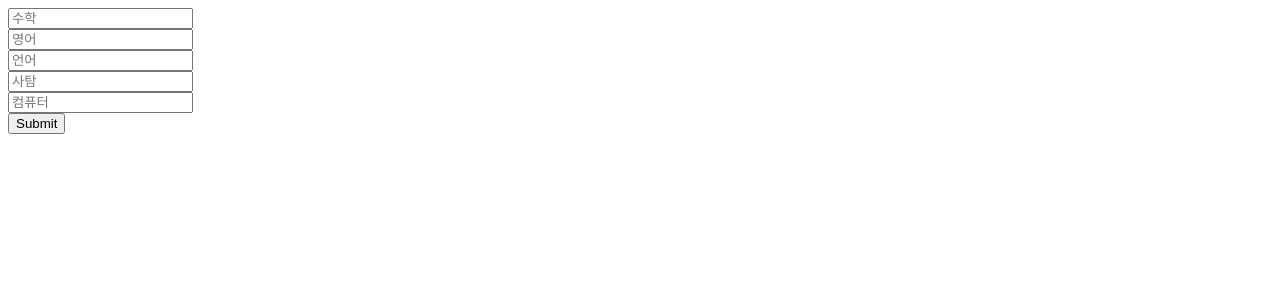
Repository: djdh94/spring_practice
Page: http://localhost/SpringBasic/score
An editor plug-in stored every save of this project. The page is shown before and after the next save, followed by the edit.
The browser window is 1280 px wide. The pictures show the whole page.
The page is served by Tomcat 9. Other server files are loaded and not shown.

Above is the page before, as saved 2022-03-30 06:24:54.

### SpringBasic/src/main/webapp/WEB-INF/views/scoreForm.jsp
<%@ page language="java" contentType="text/html; charset=UTF-8"
    pageEncoding="UTF-8"%>
<!DOCTYPE html>
<html>
<head>
<meta charset="UTF-8">
<title>Insert title here</title>
</head>
<body>
<form action="/score" method="post">
<input type="text" name="a" placeholder="수학"/><br/>
<input type="text" name="b" placeholder="영어"/><br/>
<input type="text" name="c" placeholder="언어"/><br/>
<input type="text" name="d" placeholder="사탐"/><br/>
<input type="text" name="e" placeholder="컴퓨터"/><br/>
<input type="submit"/>
</form>


</body>
</html>

After the next save:
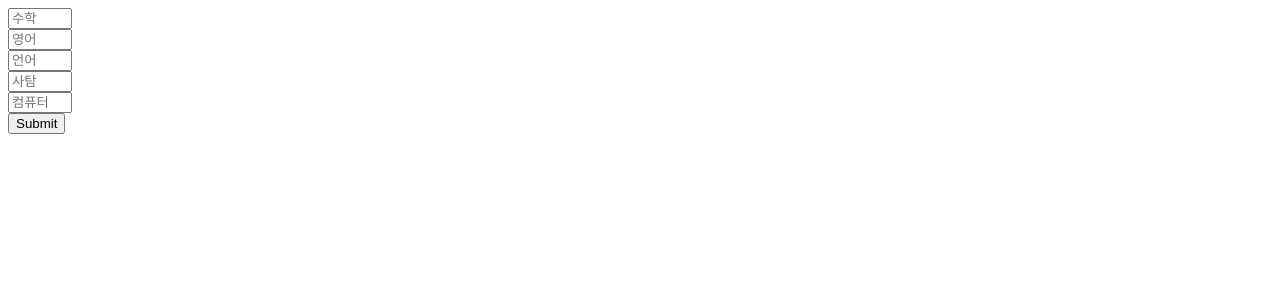
Saved 18 h 0 min later.
--- a/SpringBasic/src/main/webapp/WEB-INF/views/scoreForm.jsp
+++ b/SpringBasic/src/main/webapp/WEB-INF/views/scoreForm.jsp
@@ -8,11 +8,11 @@
 </head>
 <body>
 <form action="/score" method="post">
-<input type="text" name="a" placeholder="수학"/><br/>
-<input type="text" name="b" placeholder="영어"/><br/>
-<input type="text" name="c" placeholder="언어"/><br/>
-<input type="text" name="d" placeholder="사탐"/><br/>
-<input type="text" name="e" placeholder="컴퓨터"/><br/>
+<input type="number" max="100" min="0" name="a" placeholder="수학"/><br/>
+<input type="number" max="100" min="0" name="b" placeholder="영어"/><br/>
+<input type="number" max="100" min="0" name="c" placeholder="언어"/><br/>
+<input type="number" max="100" min="0" name="d" placeholder="사탐"/><br/>
+<input type="number" max="100" min="0" name="e" placeholder="컴퓨터"/><br/>
 <input type="submit"/>
 </form>
 
